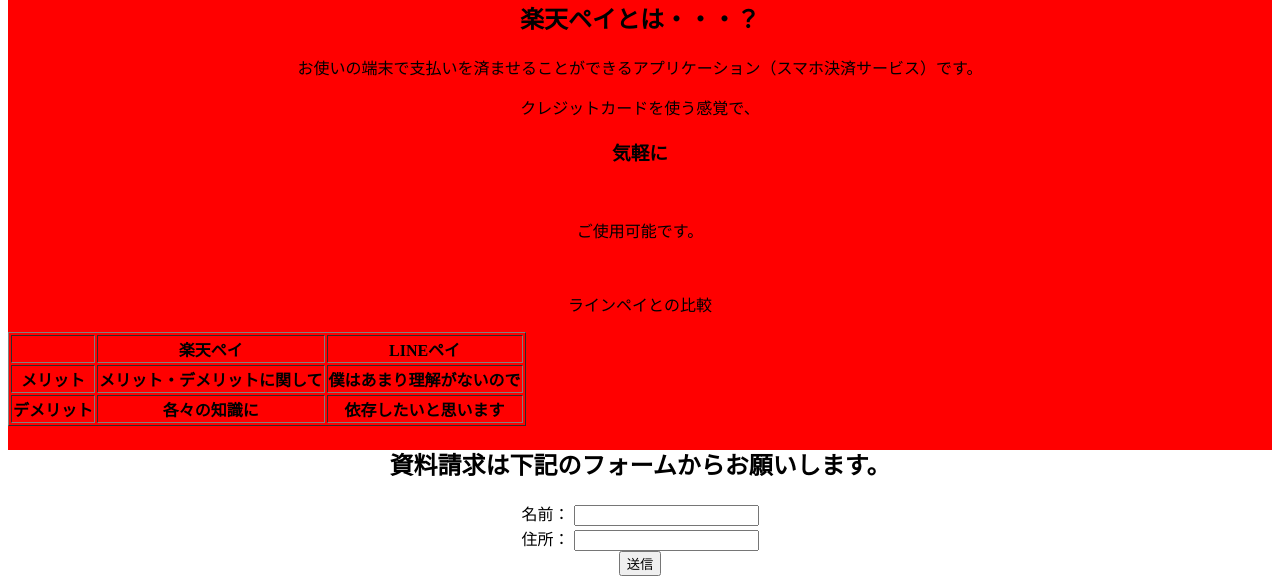
Repository: TatsuyaNakahara/Monomeets-
Page: html/RakutenPay2.html
The author's editor kept a record of every edit. The page is drawn from the files as they stood at one moment, then again after the next edit.
The browser window is 1280 px wide. The pictures show the part of the page from y = 395 to 996 px (the page is 971 px tall before and 996 px after).
A picture or video elsewhere on the page could not be fetched, so the positions and the page height are approximate.

Above is the page before.

After the next edit:
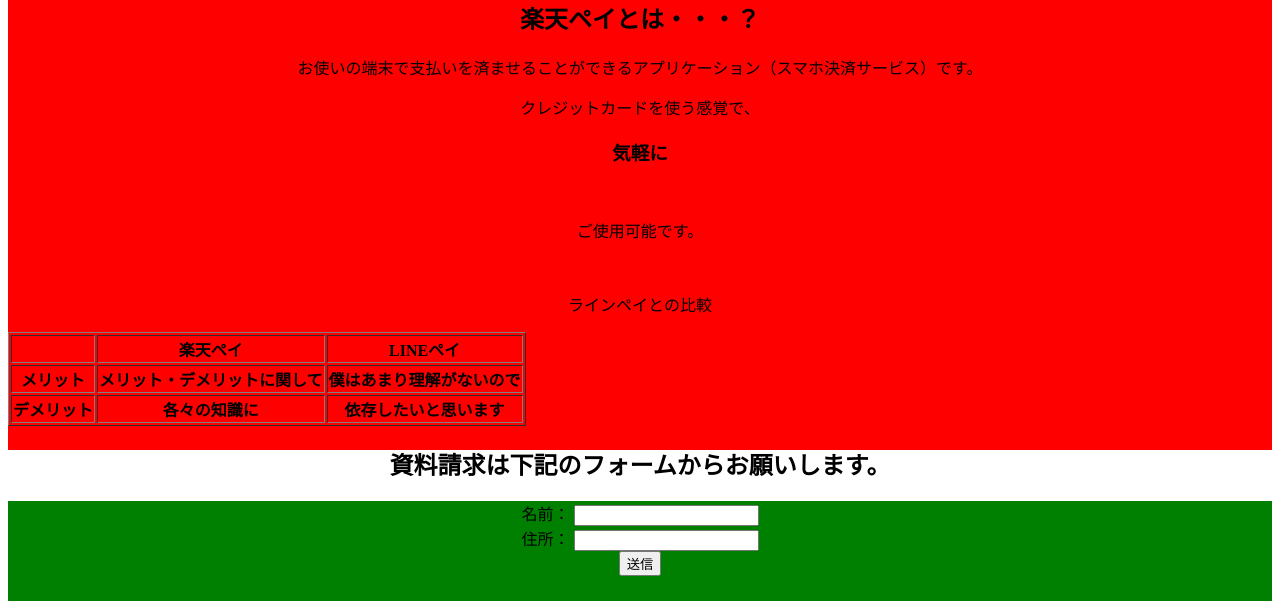
The edit:
--- a/html/css3.css
+++ b/html/css3.css
@@ -13,6 +13,7 @@
 }
 
 footer {
-
+  height: 100px;
+  background-color: green;
+  text-align: center;
 }
-}
